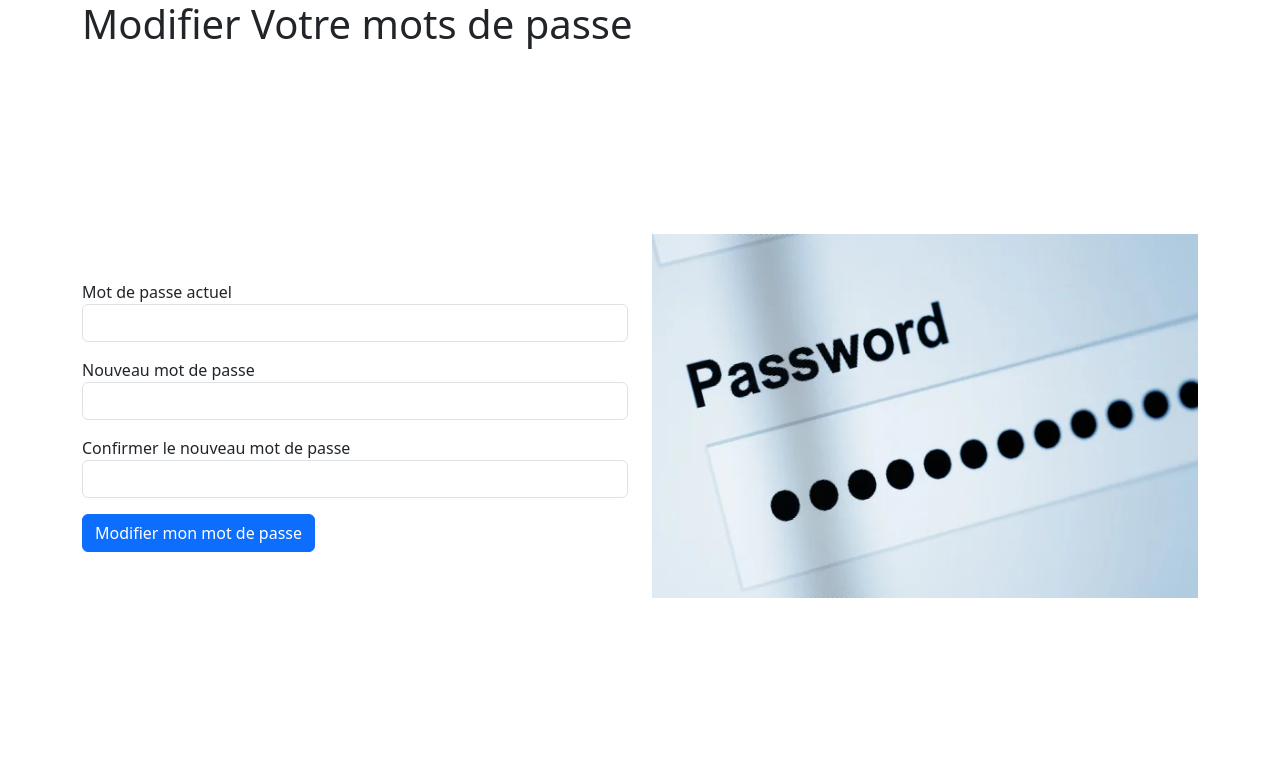
Repository: khadyba/GestionEtablissementScolaire
Page: resources/views/Professeurs/updatePassword.blade.php
These files come from the project's save history. The page is drawn as it stood at one moment and after a run of saves; the edit follows.
The browser window is 1280 px wide. The pictures show the whole page.
The page is served by the project's Laravel application, run on PHP 8.4 with Laravel 9. The template is opened directly, without the code that normally fills it, so the values that code supplies are empty.

Above is the page before, as saved 2024-11-13 11:04:24.

After the next 4 saves:
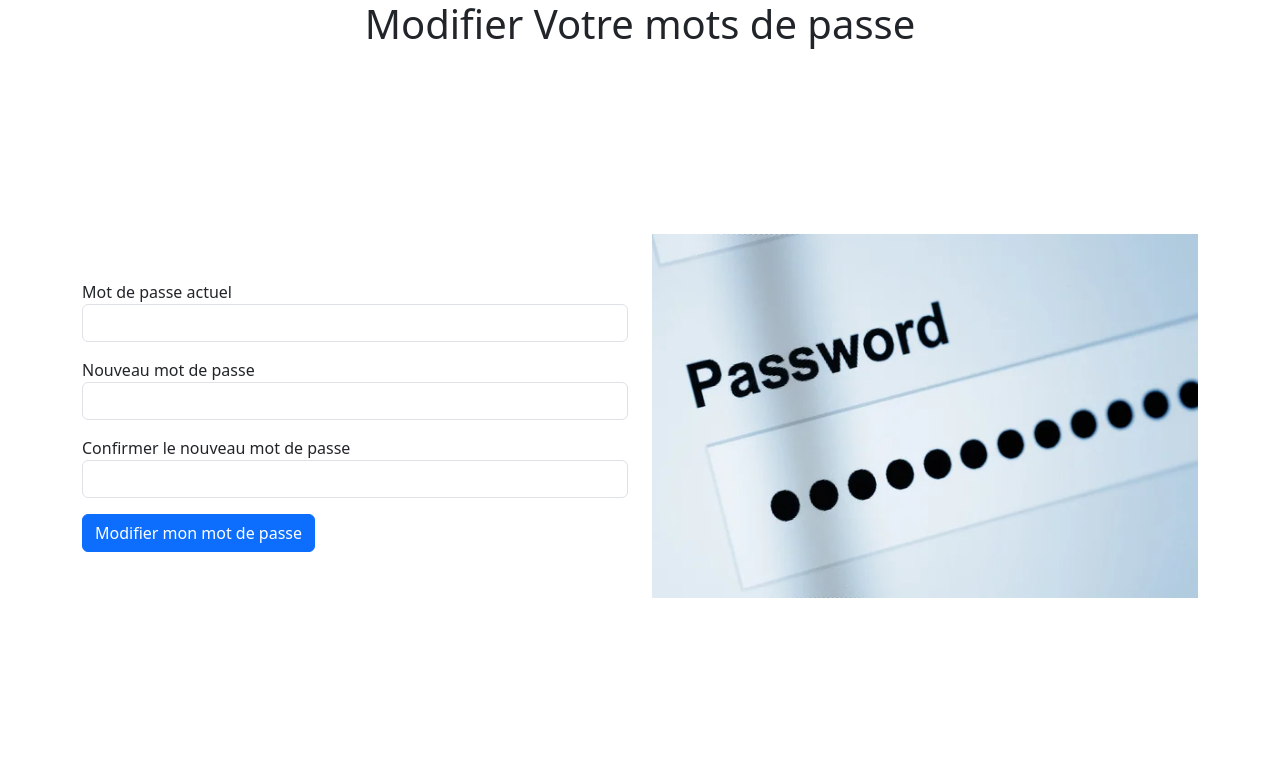
The 4 saves are shown as one change because they came seconds apart.
The last was saved 25 s later.
--- a/sunuEcole/resources/views/Professeurs/updatePassword.blade.php
+++ b/sunuEcole/resources/views/Professeurs/updatePassword.blade.php
@@ -12,7 +12,7 @@
 
 <div class= "container ">
 
-        <h1>Modifier Votre mots de passe </h1>
+        <h1 class="text-center">Modifier Votre mots de passe </h1>
 
         <div class="row   d-flex align-items-center justify-content-center vh-100">
 
